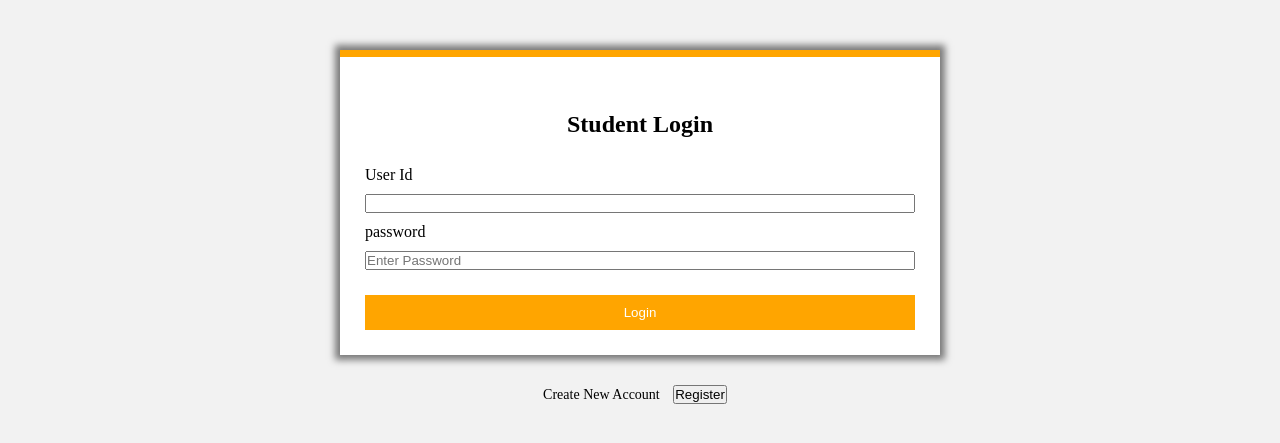
Repository: Sameer-0/workspace
Page: http://localhost/StudentCrud/views/login.jsp
These files come from the project's save history. The page is drawn as it stood at one moment and after the next save; the edit follows.
The browser window is 1280 px wide. The pictures show the whole page.
The page is served by Tomcat 9.

Above is the page before, as saved 2022-07-12 17:43:24.

After the next save:
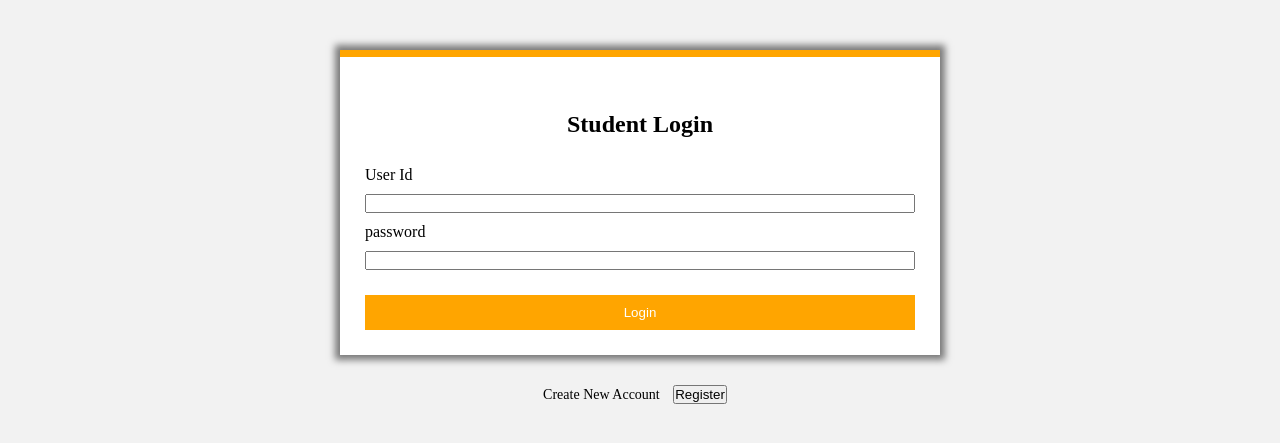
Saved 11 s later.
--- a/StudentCrud/src/main/webapp/views/login.jsp
+++ b/StudentCrud/src/main/webapp/views/login.jsp
@@ -23,7 +23,7 @@
 			<div class="input-name">
 				<label for="password">password</label>  <span id="password-message"
 					class="error"></span> <br><input type="text"
-					placeholder="Enter Password" id="password" class="password"
+				    id="password" class="password"
 					name="password">
 			</div>
 
